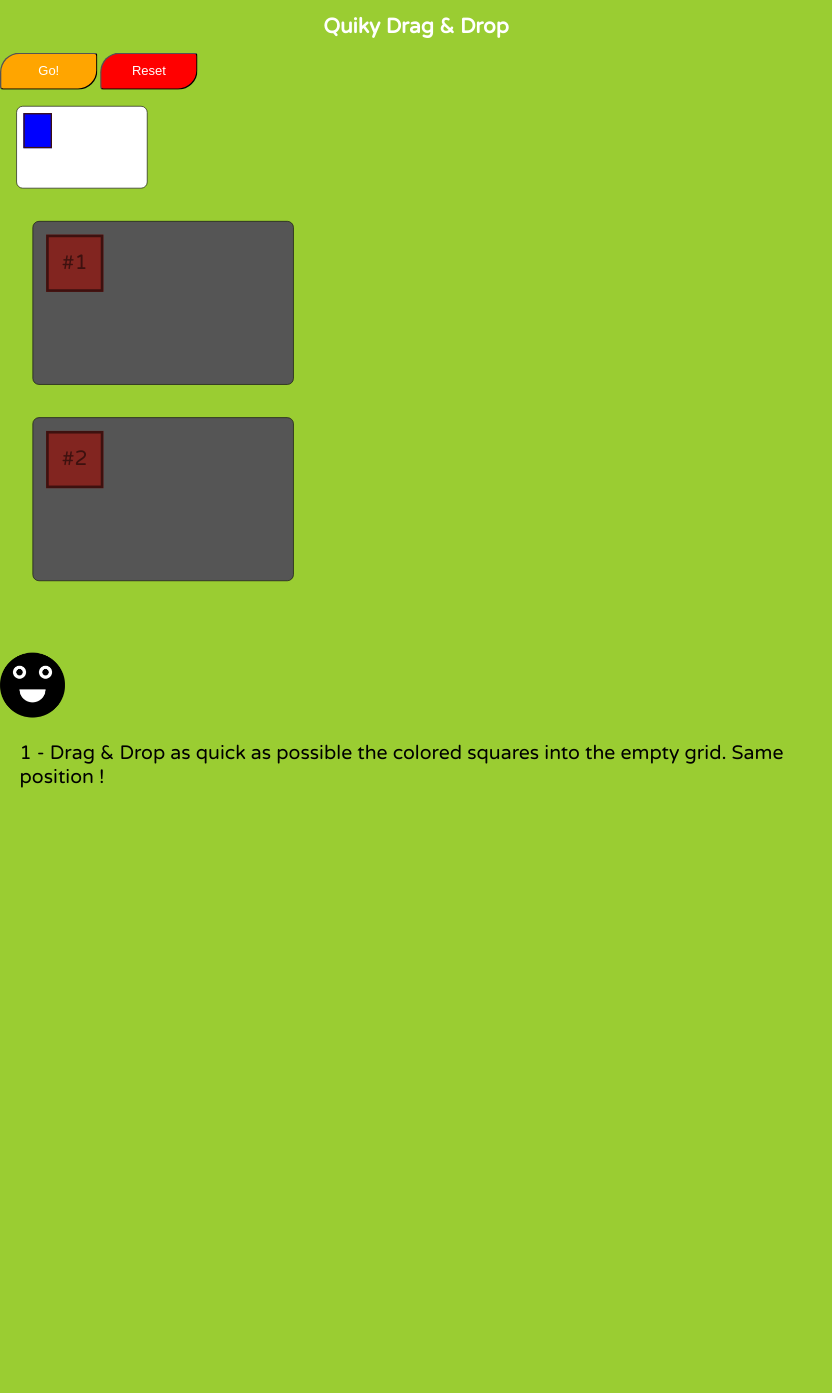
Repository: Siehan/Quiky-drag-and-drop
Page: index.html
These files come from the project's save history. The page is drawn as it stood at one moment and after a run of saves; the edit follows.
The browser window is 1280 px wide. The pictures show the whole page, at 65% of full size.

Above is the page before, as saved 2020-01-22 12:41:27.
Console error: SyntaxError: Unexpected token '}'

After the next 2 saves:
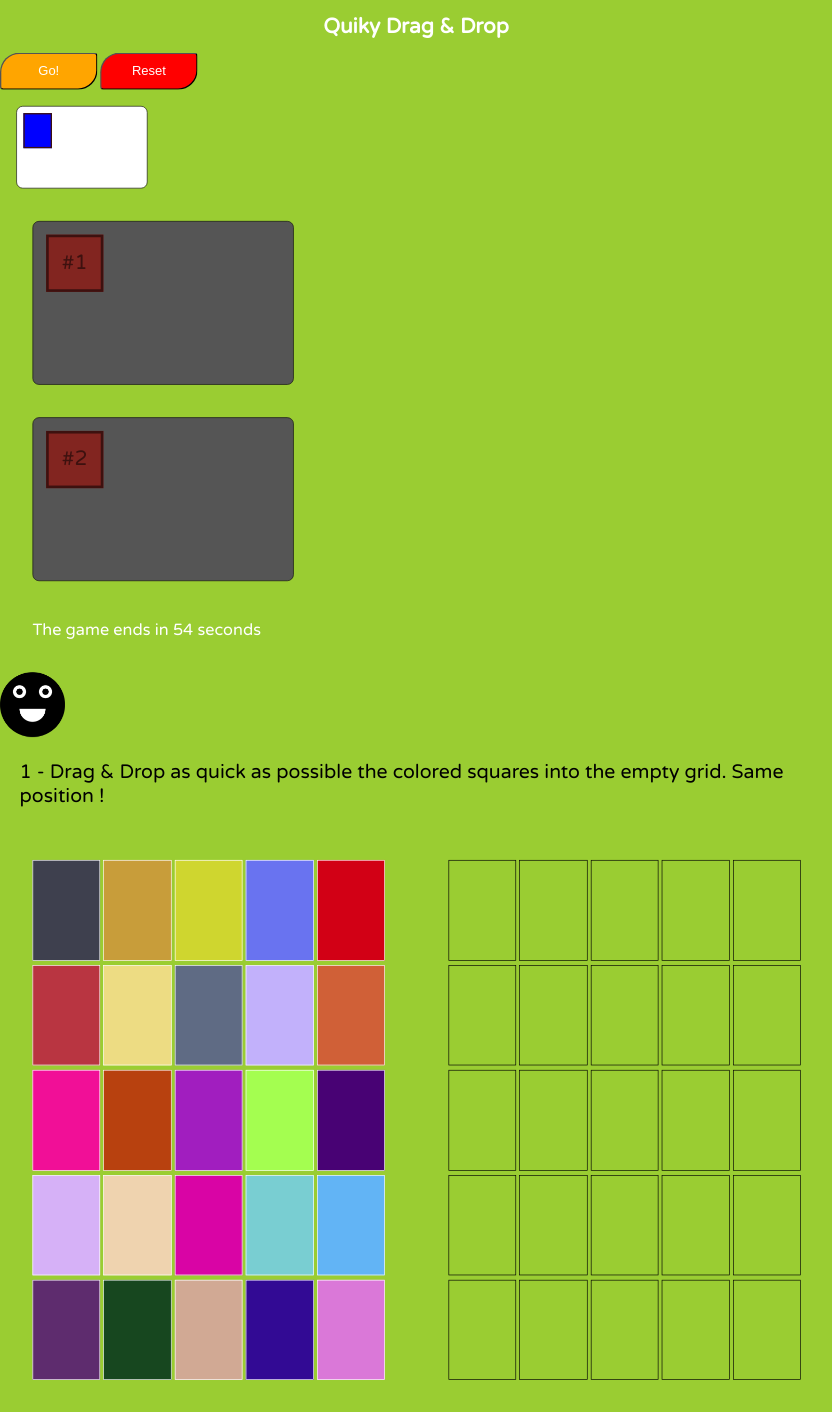
The error is gone.
The 2 saves are shown as one change because they came seconds apart.
The last was saved 7 s later.
--- a/grid.js
+++ b/grid.js
@@ -36,7 +36,9 @@ function getRandomColor() {
                 e.dataTransfer.setData('text/plain', '');
             });
         },
-        applyDropEvents: function(dropper)
+        applyDropEvents: function (dropper) {
+
+        }
 
 
     };
